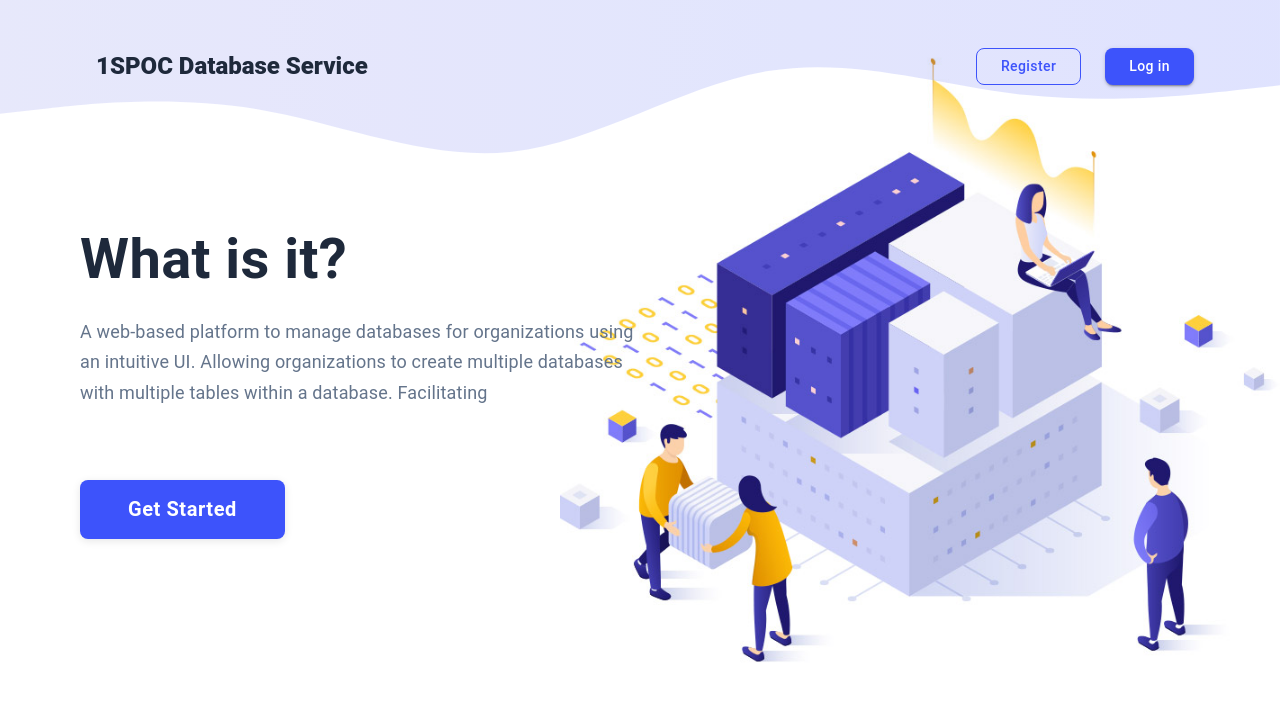
Repository: TanmayVaidya742/DbService
Page: / (app in frontend/)
An editor plug-in stored every save of this project. The page is shown before and after a run of saves, followed by the edit.
The browser window is 1280 px wide. The pictures show the whole page.
The page's requests for data from a server got no answer. The project was rebuilt for these pictures with package versions that can differ from the ones it lists, and the page was loaded fresh each time. No one was signed in, and anything a server would have sent is missing. Also part of the build but not shown: frontend/src/components/Login.js, frontend/src/components/Register.js, frontend/src/components/Dashboard.js, frontend/src/components/AddDatabaseDialog.js, frontend/src/components/UserDashboard.js, frontend/src/components/Organizations.js, frontend/src/components/EditTableDialog.js, frontend/src/components/CreateTableDialog.js and 3 more.

Above is the page before, as saved 2025-05-08 10:56:27.

### frontend/src/App.js
import React, { useState, useEffect } from 'react';
import { BrowserRouter as Router, Routes, Route, Navigate } from 'react-router-dom';
import { ThemeProvider, createTheme } from '@mui/material';
import Login from './components/Login';
import Register from './components/Register';
import Dashboard from './components/Dashboard';
import LandingPage from './components/LandingPage';
import UserDashboard from './components/UserDashboard';
import Organizations from './components/Organizations';
import axios from 'axios';
import DatabaseDetails from './components/DatabaseDetails';
import './styles/theme.css';
import PricingPlans from './components/PricingPlans';


const theme = createTheme({
  palette: {
    primary: {
      main: '#1976d2',
    },
    secondary: {
      main: '#dc004e',
    },
  },
});

const PrivateRoute = ({ children }) => {
  const token = localStorage.getItem('token');
  return token ? children : <Navigate to="/" />;
};

function App() {
  const [hasUsers, setHasUsers] = useState(null);
  const [loading, setLoading] = useState(true);

  useEffect(() => {
    const checkUsers = async () => {
      try {
        const response = await axios.get('http://localhost:5000/api/auth/check-users');
        setHasUsers(response.data.hasUsers);
      } catch (error) {
        console.error('Error checking users:', error);
        setHasUsers(false);
      } finally {
        setLoading(false);
      }
    };

    checkUsers();
  }, []);

  if (loading) {
    return <div>Loading...</div>;
  }

  return (
    <ThemeProvider theme={theme}>
      <Router>
        <Routes>
          <Route path="/" element={<LandingPage />} />
          <Route
            path="/login"
            element={<Login />}
          />
          <Route
            path="/register"
            element={<Register />}
          />
          <Route
            path="/superadmin-dashboard"
            element={
              <PrivateRoute>
                <Dashboard />
              </PrivateRoute>
            }
          />
          <Route path="/databases" element={<UserDashboard />} />
          <Route path="/organizations" element={<Organizations />} />
          <Route path="/database/:dbName" element={<DatabaseDetails />} />
          <Route path="/pricing" element={<PricingPlans />} />


        </Routes>
      </Router>
    </ThemeProvider>
  );
}

export default App;

### frontend/src/styles/theme.css
:root {
  /* Color Palette - Blue Theme */
  --primary-color: #3d53fb; /* Tailwind's blue-500 */
  --primary-hover: #6b9efc; /* Tailwind's blue-600 */
  --primary-light: rgba(59, 130, 246, 0.08);
  --primary-light-hover: rgba(59, 130, 246, 0.12);
  --primary-text: white;

  --secondary-color: #6e74eb; /* Tailwind's blue-400 */
  --error-color: #515ff9;     /* Tailwind's red-500 */
  --success-color: #10b981;   /* Tailwind's emerald-500 */
  --warning-color: #f59e0b;   /* Tailwind's amber-500 */
  --info-color: #0ea5e9;      /* Tailwind's sky-500 */

  /* Background Colors */
  --bg-primary: #ffffff;
  --bg-secondary: #ffffff;    /* Tailwind's slate-50 */
  --bg-paper: #ffffff;

  /* Text Colors */
  --text-primary: #1e293b;    /* Tailwind's slate-800 */
  --text-secondary: #64748b;  /* Tailwind's slate-600 */
  --text-disabled: #94a3b8;   /* Tailwind's slate-400 */

  /* Borders */
  --border-color: rgba(0, 0, 0, 0.12);
  --border-radius: 8px;
  --border-radius-sm: 4px;

  /* Typography */
  --font-family: 'Roboto', 'Helvetica', 'Arial', sans-serif;
  --font-size-base: 1rem;
  --font-size-small: 0.875rem;
  --font-size-large: 1.25rem;

  /* Shadows */
  --shadow-sm: 0 1px 3px rgba(0,0,0,0.12);
  --shadow-md: 0 4px 6px rgba(0,0,0,0.1);
  --shadow-lg: 0 6px 20px rgba(0,0,0,0.1);

  /* Spacing */
  --spacing-unit: 8px;
}

/* Typography classes */
body {
  font-family: var(--font-family);
  color: var(--text-primary);
  background-color: var(--bg-secondary);
}

h1, h2, h3, h4, h5, h6 {
  color: var(--text-primary);
  font-weight: 600;
}

### frontend/src/components/LandingPage.js
import React from 'react';
import { useNavigate } from 'react-router-dom';
import { Button, Container, Typography, Grid } from '@mui/material';
import { styled } from '@mui/material/styles';

const MainSection = styled('section')({
  minHeight: '100vh',
  position: 'relative',
  overflow: 'hidden',
  overflowY: 'hidden',
  backgroundColor: 'rgba(250, 247, 247, 0.1)',
  backgroundImage: 'url(/assets/images/database.jpg)',
  backgroundPosition: 'center right',
  backgroundRepeat: 'no-repeat',
  backgroundSize: 'contain',
  display: 'flex',
  flexDirection: 'column',
  justifyContent: 'center', // Center content vertically
});

const WaveBackground = styled('div')({
  position: 'absolute',
  top: 0,
  left: 0,
  right: 0,
  zIndex: 0,
  opacity: 0.8, // Slightly reduce opacity for better blending
});

const Navbar = styled('nav')({
  position: 'relative',
  zIndex: 2,
  padding: '1.5rem 0', // Increased padding for better spacing
});

const NavContent = styled('div')({
  display: 'flex',
  justifyContent: 'space-between',
  alignItems: 'center',
  padding: '0 1rem', // Add padding for better alignment
});

const LogoContainer = styled('div')({
  display: 'flex',
  alignItems: 'center',
});

const NavButtons = styled('div')({
  display: 'flex',
  gap: '1.5rem', // Increased gap for better spacing between buttons
  justifyContent: 'flex-end',
});

const MainContent = styled('main')({
  position: 'relative',
  zIndex: 1,
  marginTop: '4rem', // Reduced to bring content closer to navbar
  flexGrow: 1, // Allow content to take remaining space
});

const ButtonGroup = styled('div')({
  display: 'flex',
  gap: '1.5rem', // Increased gap for better spacing
  marginTop: '2.5rem', // Slightly increased for balance
});

const ContentContainer = styled('div')({
  display: 'flex',
  flexDirection: 'column',
  justifyContent: 'center',
  height: '100%',
  padding: '3rem', // Increased padding for better spacing
  borderRadius: 'var(--border-radius)',
  maxWidth: '600px', // Constrain width for better readability
});

const LandingPage = () => {
  const navigate = useNavigate();

  return (
    <MainSection>
      <WaveBackground>
        <svg xmlns="http://www.w3.org/2000/svg" viewBox="0 0 1440 320" style={{ display: 'block' }}>
          <defs>
            <linearGradient id="wave-gradient" x1="0%" y1="0%" x2="100%" y2="0%">
              <stop offset="0%" stopColor="var(--secondary-color)" />
              <stop offset="100%" stopColor="var(--primary-color)" />
            </linearGradient>
          </defs>
          <path
            fill="url(#wave-gradient)"
            fillOpacity="0.2"
            d="M0,128L48,122.7C96,117,192,107,288,122.7C384,139,480,181,576,170.7C672,160,768,96,864,80C960,64,1056,96,1152,106.7C1248,117,1344,107,1392,101.3L1440,96L1440,0L1392,0C1344,0,1248,0,1152,0C1056,0,960,0,864,0C768,0,672,0,576,0C480,0,384,0,288,0C192,0,96,0,48,0L0,0Z"
          />
        </svg>
      </WaveBackground>

      <Navbar>
        <Grid paddingLeft={10} marginTop={3}>
          <NavContent>
            <Typography
              variant="h5"
              sx={{
                color: 'var(--text-primary)',
                fontWeight: 900,

                cursor: 'pointer',
                '&:hover': { color: 'var(--primary-color)' }
              }}
              onClick={() => navigate('/')}
            >
              1SPOC Database Service
            </Typography>
            <NavButtons>
            <Button
                variant="outlined"
                sx={{
                  borderColor: 'var(--primary-color)',
                  color: 'var(--primary-color)',
                  textTransform: 'none',
                  px: 3,
                  borderRadius: 'var(--border-radius)',
                  '&:hover': {
                    borderColor: 'var(--primary-hover)',
                    backgroundColor: 'var(--primary-light)',
                  }
                }}
                onClick={() => navigate('/register')}
              >
                Register
              </Button>
              <Button
                variant="contained"
                sx={{
                  bgcolor: 'var(--primary-color)',
                  color: 'var(--primary-text)',
                  textTransform: 'none',
                  px: 3,
                  borderRadius: 'var(--border-radius)',
                  '&:hover': {
                    bgcolor: 'var(--primary-hover)',
                  },
                  mr: '70px'


                }}
                onClick={() => navigate('/login')}
              >
                Log in
              </Button>
            </NavButtons>
          </NavContent>
        </Grid>
      </Navbar>

      <MainContent>
        <Grid maxWidth="lg">
          <Grid
            container
            spacing={4} // Reduced spacing for a tighter layout
            alignItems="center"
            justifyContent="flex-start"
            sx={{ minHeight: 'calc(100vh - 300px)' }}
          >
            <Grid item xs={12} md={6} sx={{ display: 'flex', flexDirection: 'column' }}>
              <ContentContainer>
                <Typography
                  variant="h4"
                  component="h3"
                  gutterBottom
                  sx={{
                    fontWeight: 700,
                    color: 'var(--text-primary)',
                    mb: 3,

                    ml: 4,
                    fontSize: { xs: '2.5rem', md: '3.5rem' },
                    lineHeight: 1.2,
                  }}
                >
                  What is it?
                </Typography>
                <Typography
                  variant="body1"
                  sx={{
                    color: 'var(--text-secondary)',
                    mb: 4,
                    ml:4,
                    fontSize: '1.125rem',
                    lineHeight: 1.7,
                    overflowWrap: 'break-word',
                    whiteSpace: 'normal',
                  }}
                >
                  A web-based platform to manage databases for organizations using an intuitive UI. Allowing organizations to create multiple databases with multiple tables within a database. Facilitating
                </Typography>
                <ButtonGroup
                sx={{ml: 4}}>
                  <Button
                    variant="contained"
                    sx={{
                      bgcolor: 'var(--primary-color)',
                      color: 'var(--primary-text)',
                      textTransform: 'none',
                      px: 6,
                      py: 1.5,
                      fontSize: '1.25rem', // Increased font size for emphasis
                      fontWeight: 600, // Bold for emphasis
                      borderRadius: 'var(--border-radius)',
                      boxShadow: '0 2px 8px rgba(0, 0, 0, 0.1)', // Add subtle shadow
                      '&:hover': {
                        bgcolor: 'var(--primary-hover)',
                        boxShadow: '0 4px 12px rgba(0, 0, 0, 0.15)', // Enhanced hover effect
                      },
                    }}
                    onClick={() => navigate('/login')}
                  >
                    Get Started
                  </Button>
                </ButtonGroup>
              </ContentContainer>
            </Grid>
          </Grid>
        </Grid>
      </MainContent>
    </MainSection>
  );
};

export default LandingPage;

Loaded but not shown: frontend/public/index.html (common file); frontend/src/index.js (common file); frontend/src/index.css (common file); frontend/src/reportWebVitals.js (common file)

After the next 2 saves:
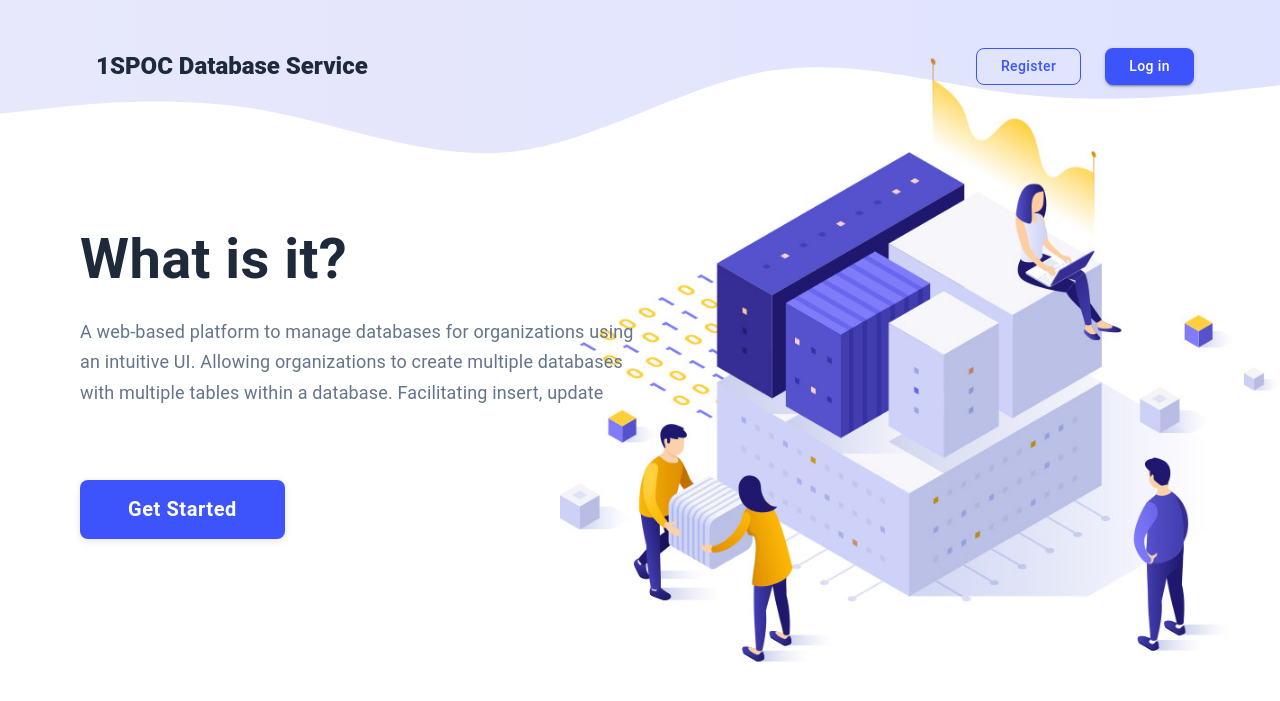
The 2 saves are shown as one change because they came seconds apart.
The last was saved 8 s later.
--- a/frontend/src/components/LandingPage.js
+++ b/frontend/src/components/LandingPage.js
@@ -192,7 +192,7 @@ const LandingPage = () => {
                     whiteSpace: 'normal',
                   }}
                 >
-                  A web-based platform to manage databases for organizations using an intuitive UI. Allowing organizations to create multiple databases with multiple tables within a database. Facilitating
+                  A web-based platform to manage databases for organizations using an intuitive UI. Allowing organizations to create multiple databases with multiple tables within a database. Facilitating insert, update
                 </Typography>
                 <ButtonGroup
                 sx={{ml: 4}}>
